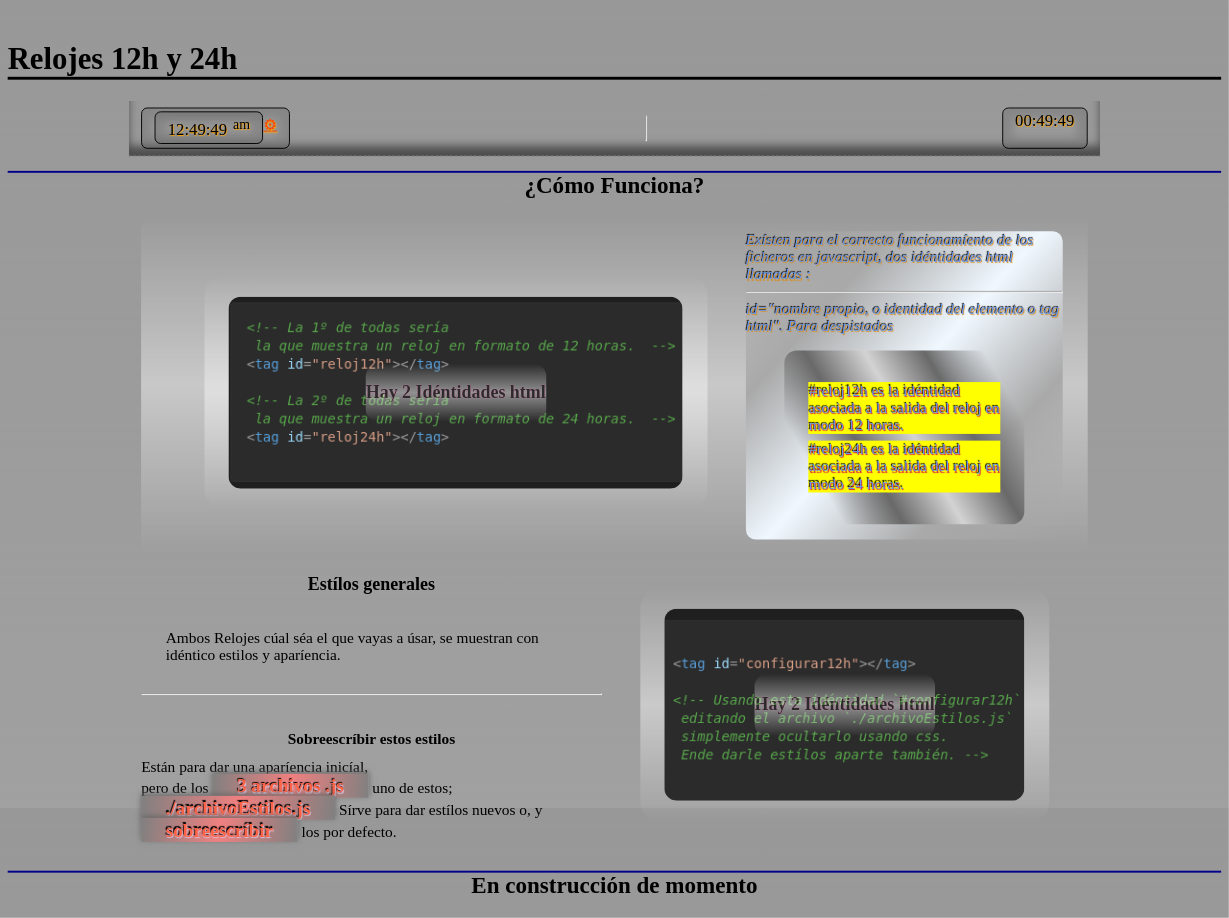
Repository: marcostonfor/clocks
Page: index.html
An editor plug-in stored every save of this project. The page is shown before and after a run of saves, followed by the edit.
The browser window is 1280 px wide. The pictures show the whole page, at 96% of full size.

Above is the page before, as saved 2024-09-19 01:36:51.

### index.html
<!DOCTYPE html>
<html lang="ca-ES, en-US">

<head>
    <meta charset="utf-8">
    <meta name="viewport" content="width=device-width, initial-scale=1">
    <title>relojes</title>
    <style>

        * {
            box-sizing: border-box;
        }

        body {
            background-image: repeating-linear-gradient(0deg, hsla(0, 0%, 41%, 0.63) 12%, hsla(0, 0%, 0%, 0.404));
        }

        h1 {
            margin-top: 6vh;
            border-bottom: 0.3vw solid black;
        }

        #dosRelojes {
            width: 80%;
            height: auto;
            margin: 2vh auto;
            padding: 1vh 1vw;
            display: flex;
            border-bottom: 0.1vw dashed gray;
            /* box-shadow: inset -0.2vh 0 06px hsl(41, 100%, 50%); */
            box-shadow: inset 0 -10px 10px rgba(0, 0, 0, 0.5);
        }

        summary::marker {
            content: none !important;
        }

        summary {
            cursor: pointer !important;
            color: orangered;
            text-decoration: underline;
            margin: 0.5vh auto;
            font-size: 12pt;
        }

        #caja12h {
            display: flex;
        }

        h2 {
            text-align: center;
            margin-top: 2vh;
            border-top: 0.2vw solid darkblue;
        }

        #identidades_principales {
            display: flex;
            justify-content: space-around;
            align-items:last baseline;
            padding: 2vh 2vw;
            width: 78%;
            margin: auto auto;
            background-image: repeating-linear-gradient(0deg, transparent, hsla(0, 0%, 96%, 0.5), transparent);
            border-radius: 0.755vw;
        }

        .conFoto figure {
            position: relative;
            display: flex;
            align-items: center;
            justify-content: center;
            background-image: repeating-linear-gradient(0deg, transparent, hsla(0, 0%, 96%, 0.5), transparent);
            padding: 3vh 2vw;
            border-radius: 1.6vw;
        }

        .conFoto figure img {
            border-radius: 1vw;
        }

        .conFoto figure figcaption {
            position: absolute;
            border-radius: 1vw;
            text-shadow: 0 0 1px hotpink;
            background-image:  repeating-linear-gradient(0deg, transparent, hsla(0, 0%, 96%, 0.5), transparent);
            mix-blend-mode: screen;
        }

        .conTexto  {
            width: fit-content;
            height: auto;
            color: cornflowerblue;
            text-shadow: 0.1vh 0.1vw 1px rgb(220, 140, 20), -0.1vh -0.1vw 1px black;
            background-image: repeating-linear-gradient(132deg, transparent, darkgray, aliceblue, darkgray, transparent);
            border-radius: 0.8vw;
        }

        .conTexto blockquote {
            padding: 2vw;
            border-radius: 1vw;
            background-image: linear-gradient(-120deg, transparent 12%, dimgray, lightgray, dimgray, transparent, transparent);
        }

        .conTexto blockquote mark {
            text-shadow: 0.1vh 0.1vw 1px rgb(220, 20, 60), -0.1vh -0.1vw 1px black;
            color: cornflowerblue !important;
            display: block;
            margin: 1vh auto;
        }

        #estilos_generales {
            width: 78%;
            margin: auto auto;
            display: flex;
            justify-content: space-around;
            align-items: center;

        }

        #estilos_generales article h3 {
            text-align: center;
            width: fit-content;
            margin: 3vh auto;
        }

        #textoGeneral {
            padding: 2vh 2vw;
            width: fit-content;
            /* border: 0.2vw solid black; */
            overflow: hidden;
        }

        .hache3 {
            display: block !important;
            text-align: center;
            margin: 1.5vh auto;
        }

        .code_md {
            font-weight: 800;
            font-size: calc(1em * 1.25);
            background-image: repeating-linear-gradient(98deg, gray, lightcoral, gray);
            padding: 0.2vh 2vw;
            color: tomato;
            text-shadow: 0.1vh 0.1vw 1px thistle, -0.1vh -0.1vw 1px black;
            box-shadow: 0 -1.6px 6px dimgray;
            margin: 1vh auto !important;
        }
    </style>
</head>

<body>
    <header>
        <h1>Relojes 12h y 24h</h1>
        <aside id="dosRelojes">
            <div id="caja12h">
                <div id="reloj12h"></div>
            </div>
            <hr>
            <div id="reloj24h"></div>
        </aside>
        <nav></nav>
    </header>
    <main>
        <h2>¿Cómo Funciona?</h2>
        <section id="identidades_principales">
            <article class="conFoto">
                <figure>
                    <img src="./img/identidadesPrincipales.png" alt="foto de las id principales">
                <figcaption><h3>Hay 2 Idéntidades html</h3></figcaption>
                </figure>
            </article>
            <article class="conTexto">
                    <cite>Exísten para el correcto funcionamíento de los ficheros en javascript, dos idéntidades html
                        llamadas :</cite> <hr /><cite>id="nombre propio, o identidad del elemento o tag html". Para despistados</cite>
                <blockquote>
                    <mark>#reloj12h es la idéntidad asociada a la salida del reloj en modo 12 horas.</mark>

                    <mark>#reloj24h es la idéntidad asociada a la salida del reloj en modo 24 horas.</mark>
                </blockquote>
            </article>
        </section>
        <section id="estilos_generales">
            <article>
                <h3>Estílos generales</h3>
                <p id="textoGeneral">
                    Ambos Relojes cúal séa el que vayas a úsar, se muestran con idéntico estilos y aparíencia. <br><hr><br><strong class="hache3">Sobreescríbir estos estilos</strong>
                    Están para dar una aparíencia inicíal, <br> pero de los <span class="code_md">3 archivos .js</span> uno de estos;

                    <span class="code_md">./archivoEstilos.js</span> Sírve para dar estílos nuevos o, y <span class="code_md">sobreescríbir</span> los por defecto.
                </p>
            </article>
            <article class="conFoto">
                <figure>
                    <img src="./img/fotoDetails12h.png" alt="foto de las id principales">
                <figcaption><h3>Hay 2 Idéntidades html</h3></figcaption>
                </figure>

            </article>
        </section>
    </main>
    <h2>En construcción de momento</h2>
    <script type="module" src="./relojes.js"></script>
</body>

</html>

<!--<p>Este es un texto con un <span style="font-size: 125%;">texto 25% más grande</span> que el resto.</p>
-->

### relojes.js

import { estilosPersonales } from './archivoEstilos.js';
import { conf12h } from './archivoConfiguracion.js';
function laHora() {
	const Reloj = class {
		constructor(formato, salida) {
			this.ahora = new Date();
			this.reloj = {
				hora: this.ahora.getHours(),
				minuto: this.ahora.getMinutes(),
				segundo: this.ahora.getSeconds()
			};
			this._formato = formato;
			this._salida = salida;
		}

		get formato() {
			return this._formato;
		}

		get salida() {
			return this._salida;
		}

		set formato(horaActual) {
			this._formato = horaActual;
		}

		set salida(output) {
			this._salida = output;
		}

		anyadirCero(formatear) {
			return formatear <= 9 ? "0" + formatear : formatear;
		}

		_12h() {
			let horas = this.reloj.hora % 12;
			if (horas === 0) horas = 12;
			const amOpm = this.reloj.hora >= 12 ? "pm" : "am";
			this._formato = `${this.anyadirCero(horas)}:${this.anyadirCero(this.reloj.minuto)}:${this.anyadirCero(this.reloj.segundo)}<sup>${amOpm}</sup>`;
			return this._formato;
		}

		_24h() {
			this._formato = `${this.anyadirCero(this.reloj.hora)}:${this.anyadirCero(this.reloj.minuto)}:${this.anyadirCero(this.reloj.segundo)}`;
			return this._formato;
		}
	};

	const laSalida = () => {
		const salida = document.getElementById("reloj12h");
		const salida24h = document.getElementById("reloj24h");
		const doceHoras = new Reloj();
	//	salida.innerHTML = doceHoras._12h();
	//	salida24h.innerHTML = doceHoras._24h();

 // Verifica si existe el elemento #reloj12h
 if (salida) {
	salida.innerHTML = doceHoras._12h();
	conf12h(); // Llamada a la función conf12h() si el elemento existe
}

// Verifica si existe el elemento #reloj24h
if (salida24h) {
	salida24h.innerHTML = doceHoras._24h();
}


	function estiloscss(estilosPersonales) {

		const estils = document.createElement('STYLE');
		estils.textContent = `
* {
    box-sizing: border-box;
}

div {
    text-align: center;
    width: fit-content;
    border: 0.1vw solid black;
    font-size: 13pt;
    padding: 0.5vh 1vw;
    box-shadow: inset 0 0 10px 10px hsla(0, 0%, 41%, 0.397);
    font-family: 'Comic Sans MS';
    color: black;
    text-shadow: 0.1vh 0.1vw 1px orange;
    border-radius: 0.5vw;
}


sup {
    margin-left: 0.5vw !important;
}
	`;
		if (estilosPersonales) {
			estils.textContent += estilosPersonales;
		}


		document.head.appendChild(estils);
}

	// Llamada a la función con estilos adicionales
	estiloscss(estilosPersonales);


	};

// estiloscss();
return setInterval(laSalida, 1000);
}
laHora();

### archivoEstilos.js
export const estilosPersonales = `

    `;

### archivoConfiguracion.js
export function conf12h() {
    const config = document.createElement('DETAILS');
    const summary = document.createElement('SUMMARY');
    summary.innerHTML = `&#9881;`;
    config.appendChild(summary);

    // Verificar si el checkbox ya existe
    if (!document.getElementById('miCheckbox')) {
        const checkbox = document.createElement('input');
        checkbox.type = 'checkbox';
        checkbox.id = 'miCheckbox';
        checkbox.checked = true; // Mostrar <sup> por defecto

        const label = document.createElement('label');
        label.htmlFor = 'miCheckbox'; // Asegúrate de que coincida con el id del checkbox
        label.textContent = 'Ver "am" "pm"';

        // Crear un elemento <style> para manejar la visibilidad de <sup>
        let estils = document.getElementById('dynamicStyles');
        if (!estils) {
            estils = document.createElement('style');
            estils.id = 'dynamicStyles';
            document.head.appendChild(estils);
        }

        // Función para actualizar el estilo de <sup>
        const updateSupVisibility = () => {
            if (checkbox.checked) {
                estils.textContent = `
                    sup {
                        display: inline !important;
                    }
                `;
            } else {
                estils.textContent = `
                    sup {
                        display: none !important;
                    }
                `;
            }
        };

        // Inicializar el estilo de <sup>
        updateSupVisibility();

        // Agregar un evento al checkbox para alternar la visibilidad de <sup>
        checkbox.addEventListener('change', updateSupVisibility);

        const mostrarConfiguracion = document.getElementById('caja12h');
        // Agregar el checkbox y el label al cuerpo del documento
        label.appendChild(checkbox);
        config.appendChild(label);
        mostrarConfiguracion.appendChild(config);
    }
}

After the next 3 saves:
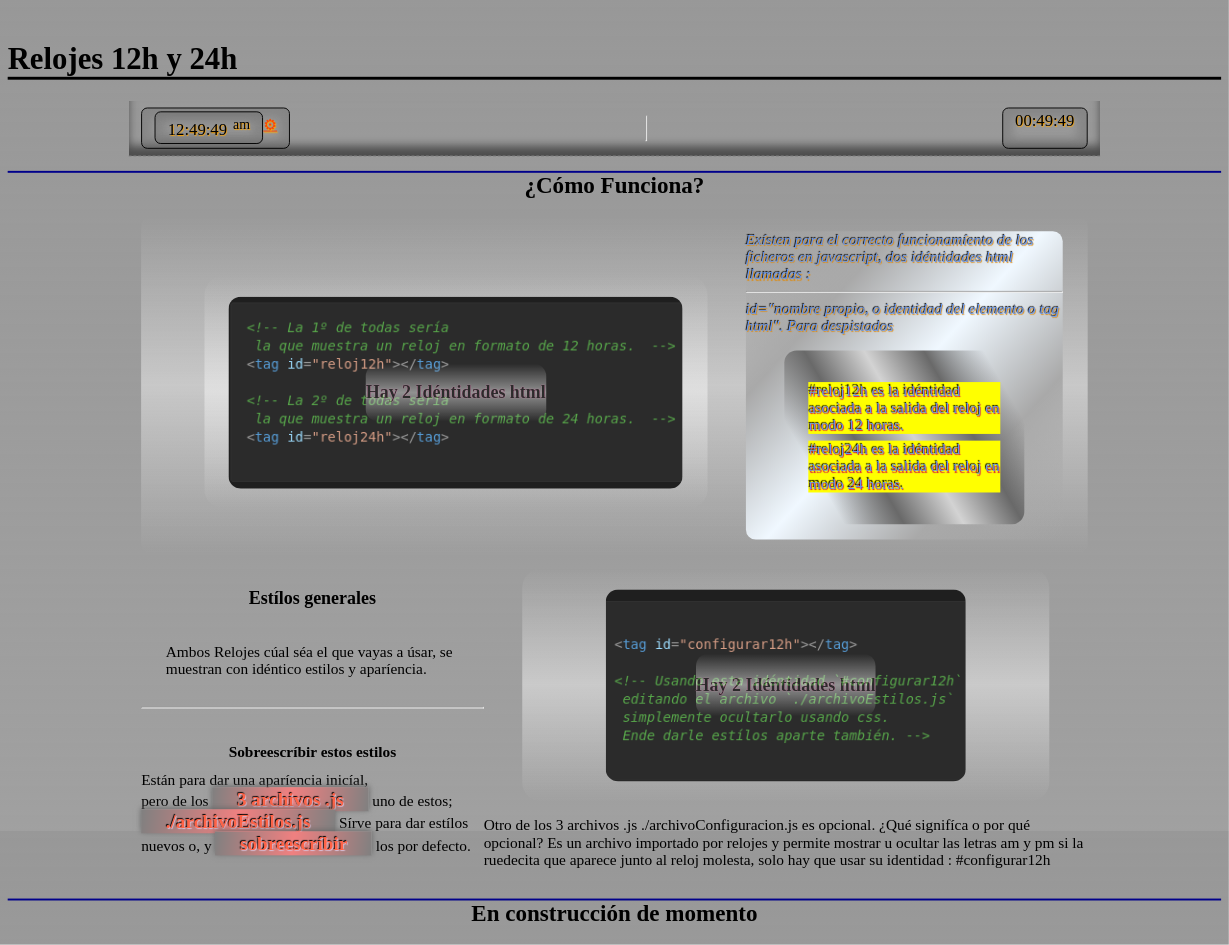
The 3 saves are shown as one change because they came seconds apart.
The last was saved 8 s later.
--- a/index.html
+++ b/index.html
@@ -195,7 +195,13 @@
                     <img src="./img/fotoDetails12h.png" alt="foto de las id principales">
                 <figcaption><h3>Hay 2 Idéntidades html</h3></figcaption>
                 </figure>
-
+                <p>Otro de los 3 archivos .js
+
+                    ./archivoConfiguracion.js es opcional.
+
+                    ¿Qué signifíca o por qué opcional?
+                    Es un archivo importado por relojes y permite mostrar u ocultar las letras am y pm
+                    si la ruedecita que aparece junto al reloj molesta, solo hay que usar su identidad : #configurar12h</p>
             </article>
         </section>
     </main>

After the 3 saves that followed:
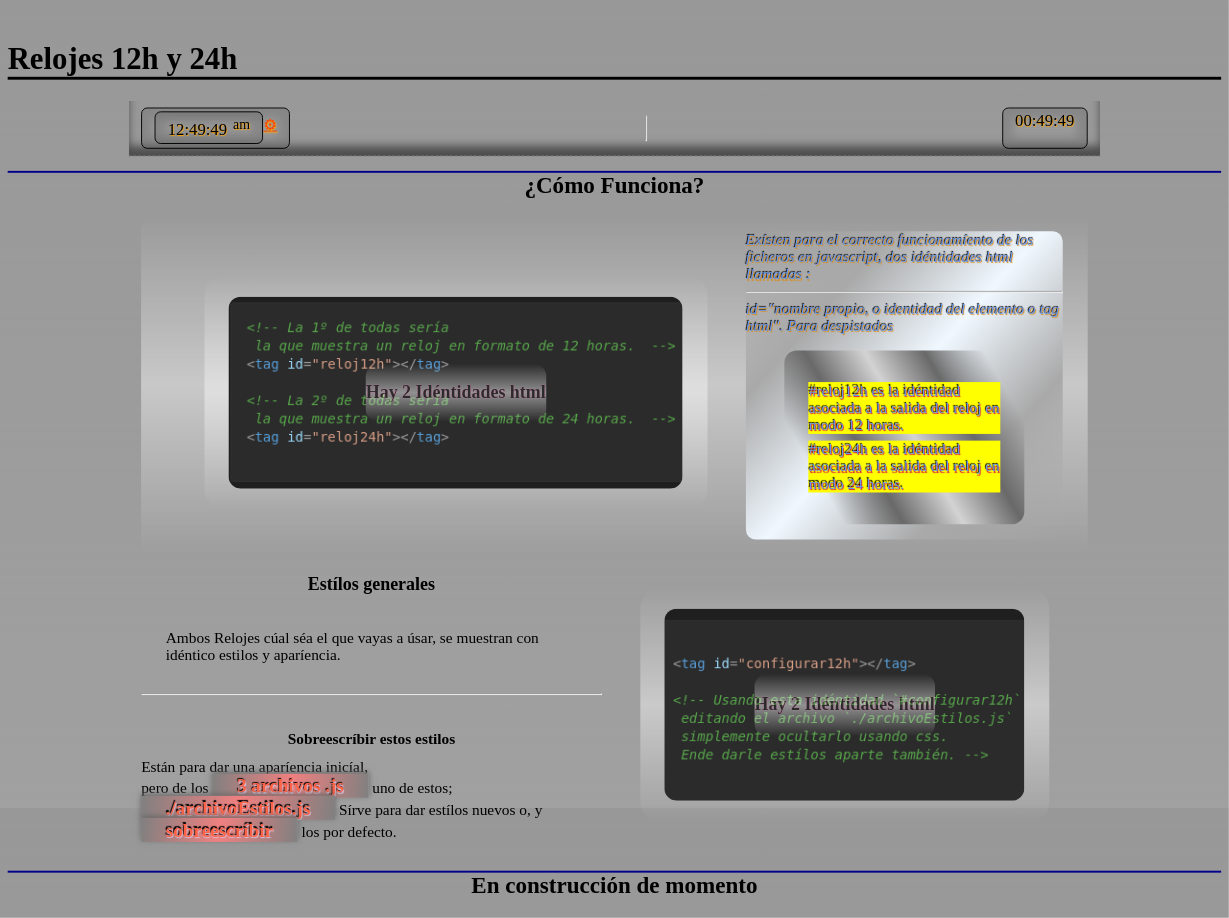
The 3 saves are shown as one change because they came seconds apart.
The last was saved 22 s later.
--- a/index.html
+++ b/index.html
@@ -195,13 +195,7 @@
                     <img src="./img/fotoDetails12h.png" alt="foto de las id principales">
                 <figcaption><h3>Hay 2 Idéntidades html</h3></figcaption>
                 </figure>
-                <p>Otro de los 3 archivos .js
-
-                    ./archivoConfiguracion.js es opcional.
-
-                    ¿Qué signifíca o por qué opcional?
-                    Es un archivo importado por relojes y permite mostrar u ocultar las letras am y pm
-                    si la ruedecita que aparece junto al reloj molesta, solo hay que usar su identidad : #configurar12h</p>
+
             </article>
         </section>
     </main>
